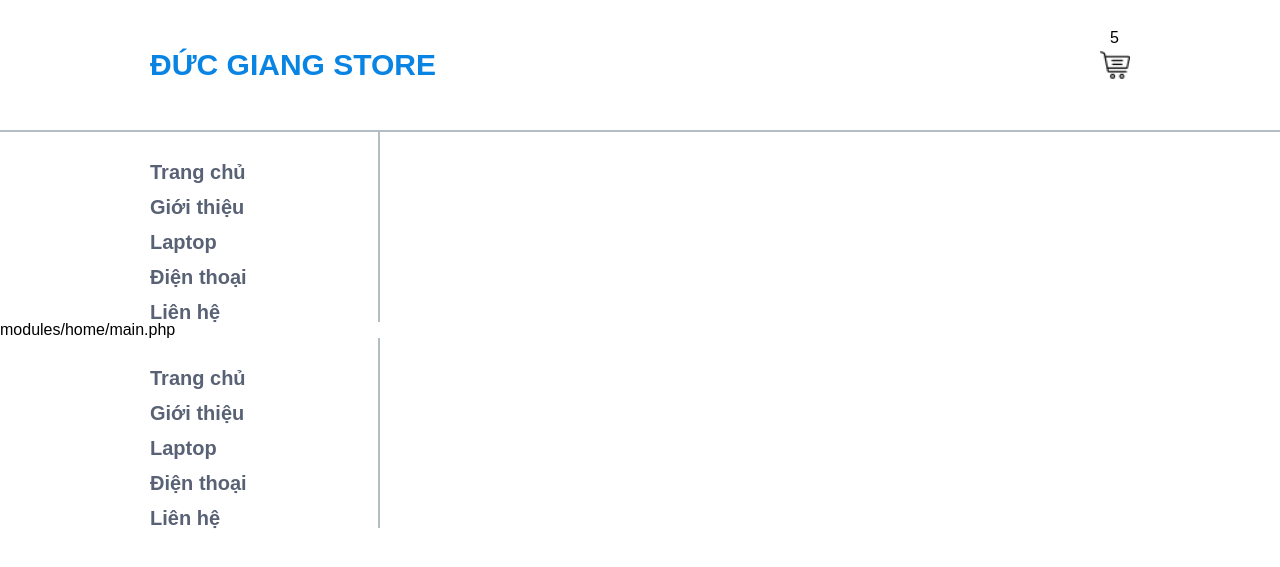
Repository: Giangattt123/PHP
Page: http://localhost/?page=home
These files come from the project's save history. The page is drawn as it stood at one moment and after the next save; the edit follows.
The browser window is 1280 px wide. The pictures show the whole page.
Some web libraries are served in a nearby version. The page is run by PHP 8.4 with error messages shown; the project is at /var/www/html/.

Above is the page before, as saved 2023-03-18 19:38:13.

After the next save:
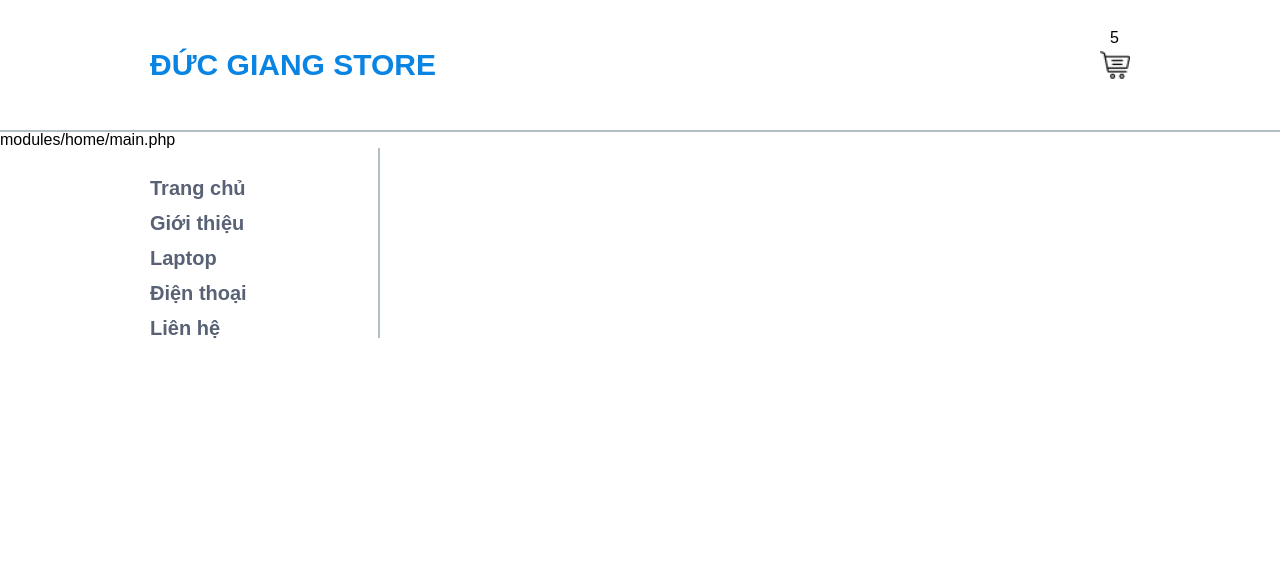
Saved 92 s later.
--- a/PHP_Shopping-Cart/Shopping_Cart/inc/header.php
+++ b/PHP_Shopping-Cart/Shopping_Cart/inc/header.php
@@ -33,34 +33,7 @@
                 </div>
             </div>
             <!-- end header -->
-            <div class="content">
-                <div class="content-container">
-                    <div class="menu-select">
-                        <ul class="menu">
-                            <li class="menu-item">
-                                <a href="" class="cards" onclick="toggleActive(this)">Trang chủ</a>
-                            </li>
-                            <li class="menu-item">
-                                <a href="" class="cards" onclick="toggleActive(this)">Giới thiệu</a>
-                            </li>
-                            <li class="menu-item">
-                                <a href="" class="cards" onclick="toggleActive(this)">Laptop</a>
-                            </li>
-                            <li class="menu-item">
-                                <a href="" class="cards" onclick="toggleActive(this)">Điện thoại</a>
-                            </li>
-                            <li class="menu-item">
-                                <a href="" class="cards" onclick="toggleActive(this)">Liên hệ</a>
-                            </li>
-                        </ul>
-                    </div>
 
-                    <div class="menu-content">
-
-                    </div>
-                </div>
-            </div>
-            <!-- end content -->
             <div class="footer">
 
             </div>
